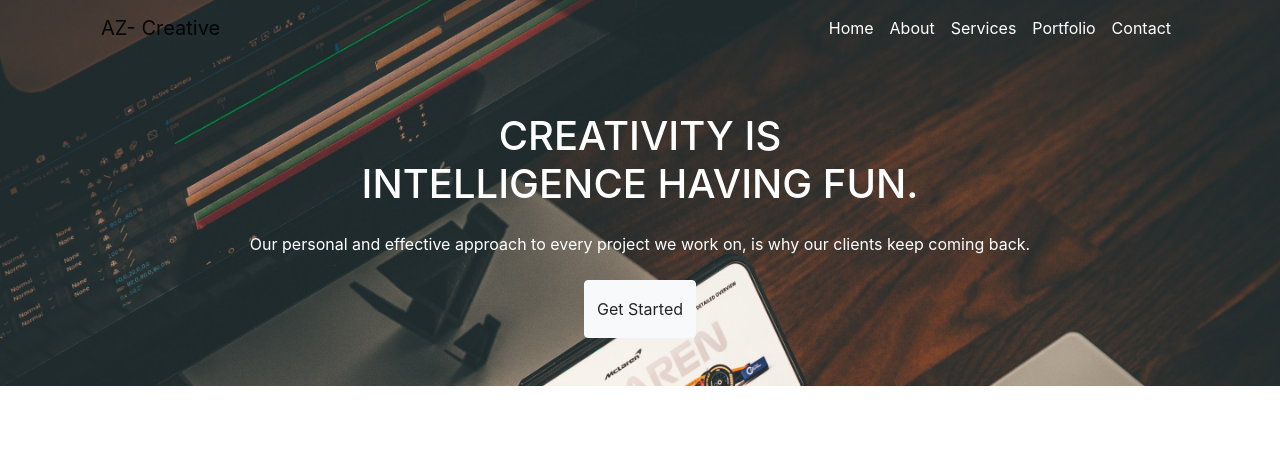
Repository: Syfon01/hng-port
Page: index.html
These files come from the project's save history. The page is drawn as it stood at one moment and after a run of saves; the edit follows.
The browser window is 1280 px wide. The pictures show the whole page.

Above is the page before, as saved 2020-06-27 20:38:00.

### index.html
<!doctype html>
<html lang="en">
  <head>
    <title>Title</title>
    <!-- Required meta tags -->
    <meta charset="utf-8">
    <meta name="viewport" content="width=device-width, initial-scale=1, shrink-to-fit=no">

    <!-- Bootstrap CSS -->
    <link rel="stylesheet" href="https://stackpath.bootstrapcdn.com/bootstrap/4.5.0/css/bootstrap.min.css"
      integrity="sha384-9aIt2nRpC12Uk9gS9baDl411NQApFmC26EwAOH8WgZl5MYYxFfc+NcPb1dKGj7Sk" crossorigin="anonymous">
  <link rel="stylesheet" href="style.css">
  </head>
  <body>
    <section id="home">
      <div class="container">
        <nav class="navbar navbar-expand-lg navbar-light text-white">
          <a class="navbar-brand" href="#">AZ- Creative</a>
          <button class="navbar-toggler" type="button" data-toggle="collapse" data-target="#navbarNav" aria-controls="navbarNav"
            aria-expanded="false" aria-label="Toggle navigation">
            <span class="navbar-toggler-icon"></span>
          </button>
          <div class="collapse navbar-collapse" id="navbarNav">
            <ul class="navbar-nav ml-auto">
              <li class="nav-item active">
                <a class="nav-link" href="#">Home <span class="sr-only">(current)</span></a>
              </li>
              <li class="nav-item">
                <a class="nav-link" href="#">About</a>
              </li>
              <li class="nav-item">
                <a class="nav-link" href="#">Services</a>
              </li>

              <li class="nav-item">
                <a class="nav-link" href="#">Portfolio</a>
              </li>
              <li class="nav-item">
                <a class="nav-link " href="#">Contact</a>
              </li>
            </ul>
          </div>
        </nav>

        <div class="home-content text-white text-center py-5">
          <h1 class="py-2">CREATIVITY IS
            <br>
            INTELLIGENCE HAVING FUN.</h1>
          <p class="py-2">Our personal and effective approach to every
            project we work on, is why our clients
            keep coming back.</p>

        <button type="submit" class="btn btn-light py-3">Get Started</button>

        </div>
      </div>

    </section>
    <section id="about">

    </section>
    <section id="services">

    </section>
    <section id="portfolio">

    </section>

    <!-- Optional JavaScript -->
    <!-- jQuery first, then Popper.js, then Bootstrap JS -->
    <script src="https://code.jquery.com/jquery-3.5.1.slim.min.js"
      integrity="sha384-DfXdz2htPH0lsSSs5nCTpuj/zy4C+OGpamoFVy38MVBnE+IbbVYUew+OrCXaRkfj" crossorigin="anonymous"></script>
    <script src="https://cdn.jsdelivr.net/npm/popper.js@1.16.0/dist/umd/popper.min.js"
      integrity="sha384-Q6E9RHvbIyZFJoft+2mJbHaEWldlvI9IOYy5n3zV9zzTtmI3UksdQRVvoxMfooAo" crossorigin="anonymous"></script>
    <script src="https://stackpath.bootstrapcdn.com/bootstrap/4.5.0/js/bootstrap.min.js"
      integrity="sha384-OgVRvuATP1z7JjHLkuOU7Xw704+h835Lr+6QL9UvYjZE3Ipu6Tp75j7Bh/kR0JKI" crossorigin="anonymous"></script>

  </body>
</html>

### style.css
#home{
  background-image: url('/img/home.png'),
  linear-gradient(to bottom, rgba(0, 0, 0, 0.52), rgba(0, 0, 0, 0.73));
  background-size: cover;
}
.nav-link {
  color: #fff!important;
}

After the next 2 saves:
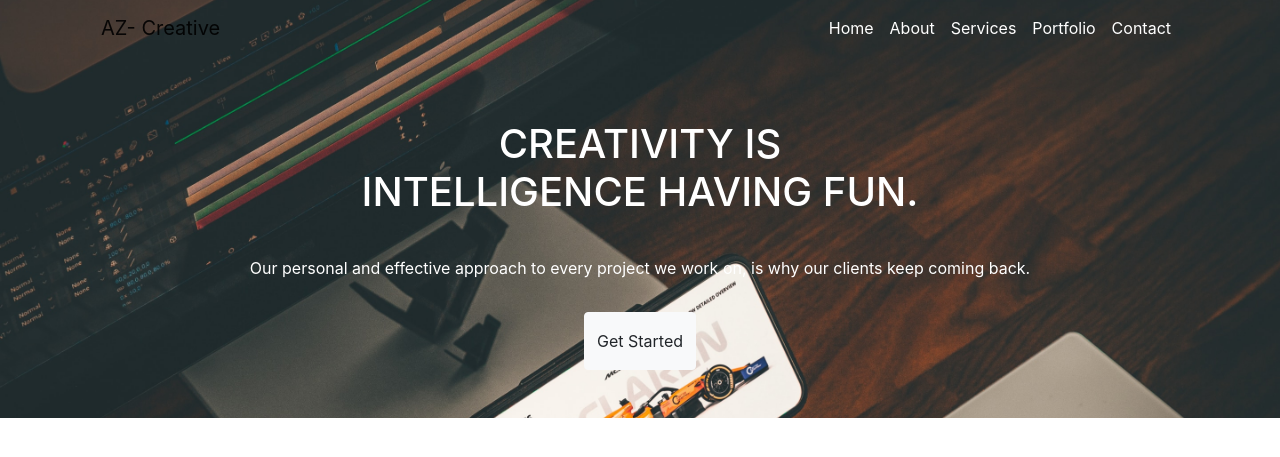
The 2 saves are shown as one change because they came seconds apart.
The last was saved 9 s later.
--- a/index.html
+++ b/index.html
@@ -43,10 +43,10 @@
         </nav>
 
         <div class="home-content text-white text-center py-5">
-          <h1 class="py-2">CREATIVITY IS
+          <h1 class="py-3">CREATIVITY IS
             <br>
             INTELLIGENCE HAVING FUN.</h1>
-          <p class="py-2">Our personal and effective approach to every
+          <p class="py-3">Our personal and effective approach to every
             project we work on, is why our clients
             keep coming back.</p>
 
